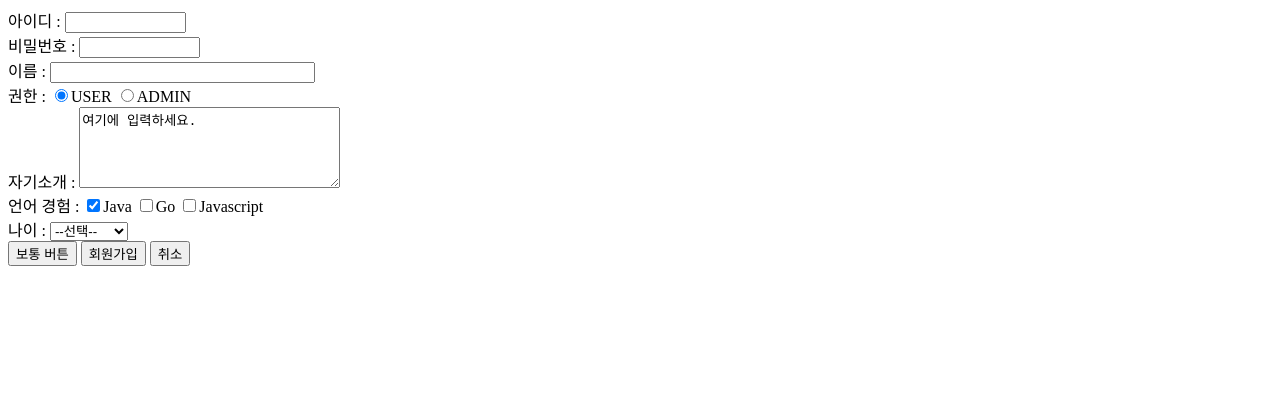
Repository: TPoleon/Servlet-JSP
Page: BoardWeb/src/main/webapp/insertUser.html
An editor plug-in stored every save of this project. The page is shown before and after the next save, followed by the edit.
The browser window is 1280 px wide. The pictures show the whole page.

Above is the page before, as saved 2023-11-16 12:41:49.

After the next save:
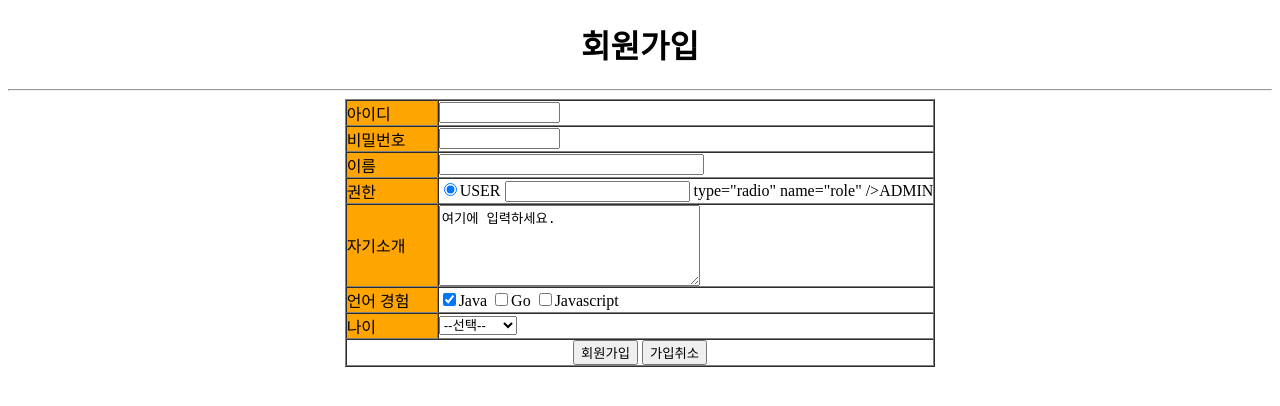
Saved 9 min 16 s later.
--- a/BoardWeb/src/main/webapp/insertUser.html
+++ b/BoardWeb/src/main/webapp/insertUser.html
@@ -5,38 +5,62 @@
 <title>Insert title here</title>
 </head>
 <body>
+	<center>
+		<h1>회원가입</h1>
+		<hr>
+		<form action="insertUser.do" method="post">
+			<table border="1" cellpadding="0" cellspacing="0">
+				<tr>
+					<td bgcolor="orange" width="90">아이디</td>
+					<td><input type="text" size="12" /></td>
+				</tr>
 
-<form action="insertUser.do">
-	아이디 :
-	<input type="text" size="12" />
-	<br> 비밀번호 :
-	<input type="password" size="12" />
-	<br> 이름 :
-	<input type="text" size="30" />
-	<br> 권한 :
-	<input type="radio" name="role" checked />USER
-	<input type="radio" name="role" />ADMIN
-	<br> 자기소개 :
-	<textarea rows="5" cols="30">여기에 입력하세요.</textarea>
-	<br> 언어 경험 :
-	<input type="checkbox" checked>Java
-	<input type="checkbox">Go
-	<input type="checkbox">Javascript
-	<br> 나이 :
-	<select>
-		<option>--선택--
-		<option>10대
-		<option>20대
-		<option>30대
-		<option>40대
-		<option>50대
-		<option>60대 이상
-	</select>
-	<br>
+				<tr>
+					<td bgcolor="orange">비밀번호</td>
+					<td><input type="password" size="12" /></td>
+				</tr>
 
-	<input type="button" value="보통 버튼"/>
-	<input type="submit" value="회원가입"/>
-	<input type="reset" value="취소"/>
-	</form>
+				<tr>
+					<td bgcolor="orange">이름</td>
+					<td><input type="text" size="30" /></td>
+				</tr>
+
+				<tr>
+					<td bgcolor="orange">권한</td>
+					<td><input type="radio" name="role" checked />USER <input>
+						type="radio" name="role" />ADMIN</td>
+				</tr>
+
+				<tr>
+					<td bgcolor="orange">자기소개</td>
+					<td><textarea rows="5" cols="30">여기에 입력하세요.</textarea></td>
+				</tr>
+
+
+				<td bgcolor="orange">언어 경험</td>
+				<td><input type="checkbox" checked>Java <input
+					type="checkbox">Go <input type="checkbox">Javascript</td>
+				</tr>
+
+
+				<tr>
+					<td bgcolor="orange">나이</td>
+					<td><select>
+							<option>--선택--
+							<option>10대
+							<option>20대
+							<option>30대
+							<option>40대
+							<option>50대
+							<option>60대 이상
+					</select></td>
+				</tr>
+				<tr>
+					<td colspan="2" align="center"><input type="submit"
+						value="회원가입" /> <input type="reset" value="가입취소" /></td>
+				</tr>
+			</table>
+		</form>
+	</center>
 </body>
 </html>
